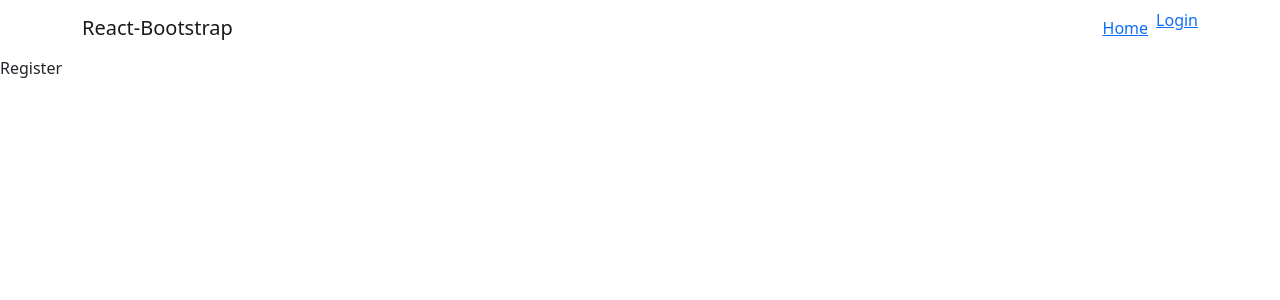
Repository: RubaHusam/MERN-Auth
Page: /register (app in frontend/)
An editor plug-in stored every save of this project. The page is shown before and after the next save, followed by the edit.
The browser window is 1280 px wide. The pictures show the whole page.
The project was rebuilt for these pictures with package versions that can differ from the ones it lists, and the page was loaded fresh each time.

Above is the page before, as saved 2023-01-27 18:06:06.

After the next save:
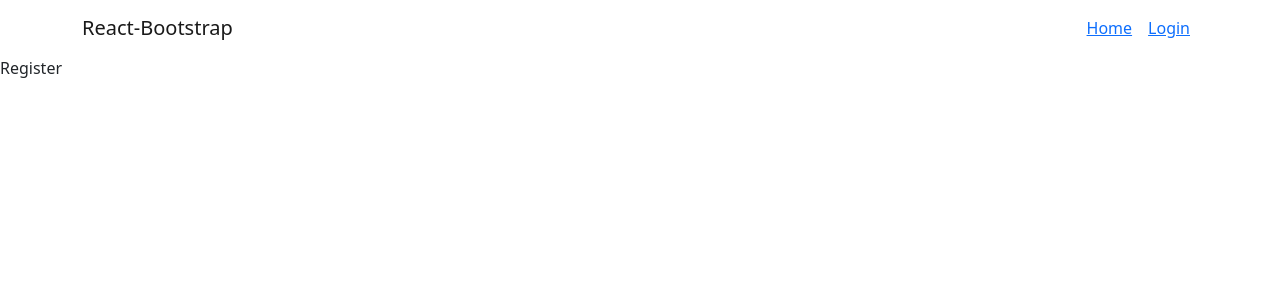
Saved 15 s later.
--- a/frontend/src/components/Layout/Header.js
+++ b/frontend/src/components/Layout/Header.js
@@ -20,7 +20,9 @@ export default function Header() {
                 {' '}
                 <Link to='/'>Home</Link>
               </Nav.Link>
-              <Link to='/login'>Login</Link>
+              <Nav.Link>
+                <Link to='/login'>Login</Link>
+              </Nav.Link>
             </Nav>
           </Navbar.Collapse>
         </Container>
